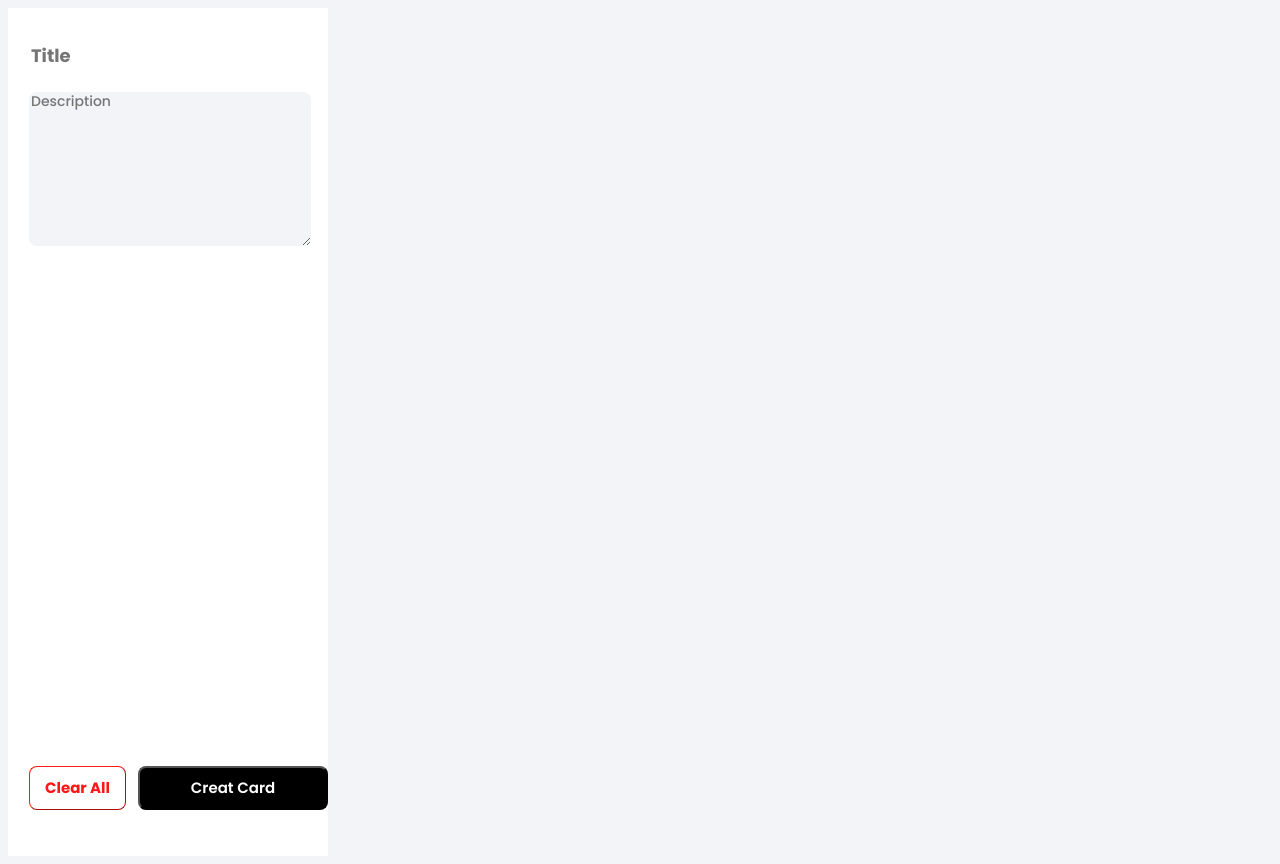
Repository: ReyhanehRahmani/TO-DO
Page: index.html
These files come from the project's save history. The page is drawn as it stood at one moment and after the next save; the edit follows.
The browser window is 1280 px wide. The pictures show the whole page.
Some web fonts or font styles are not loaded; a fallback is used.

Above is the page before, as saved 2025-06-08 12:57:17.

After the next save:
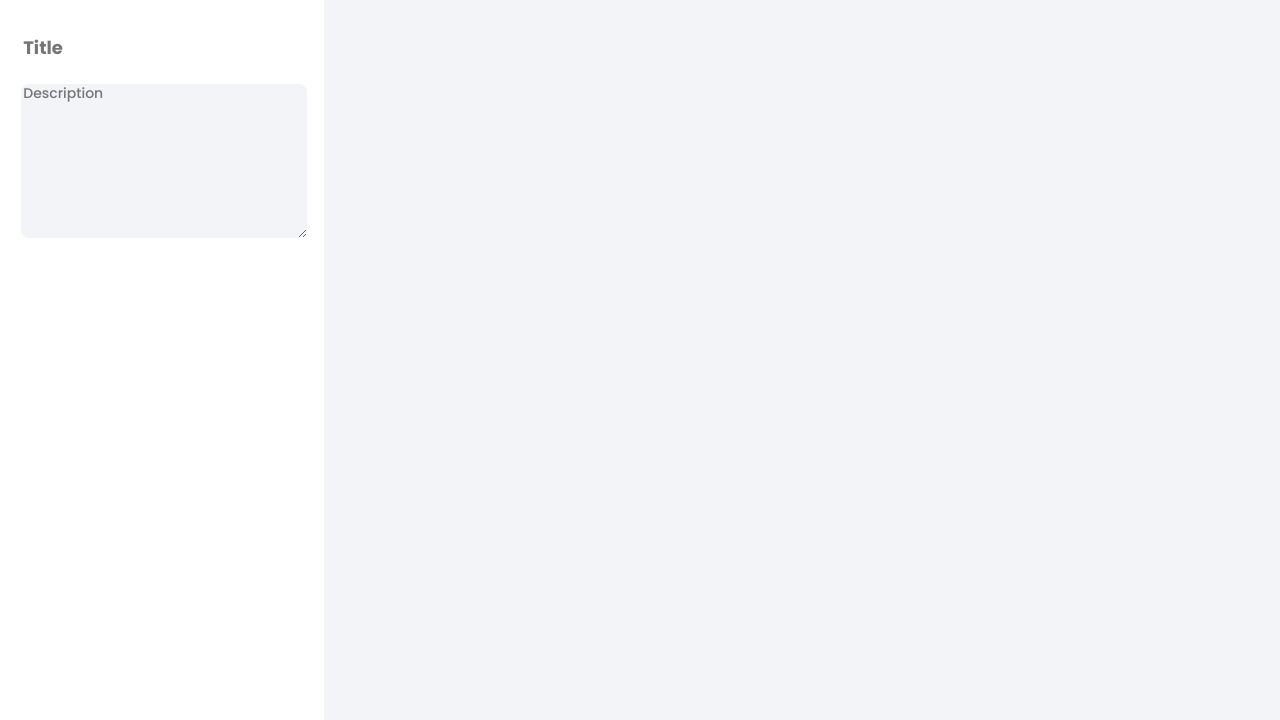
Saved 4 min 44 s later.
--- a/style.css
+++ b/style.css
@@ -169,9 +169,15 @@ body{
 
 @media screen and (min-width: 1280px){
 
-body{
+
+body, html {
+    height: 100%;
+    margin: 0;
+    overflow: hidden;
     background-color: #F2F4F7;
-}
+
+}
+
 
 #content{
     margin-right: 6.557377049%;
@@ -211,6 +217,7 @@ body{
     background-color: #FFFFFF;
     width: 25.31120332%;
     margin: 0%;
+
 }
 
 #side{
